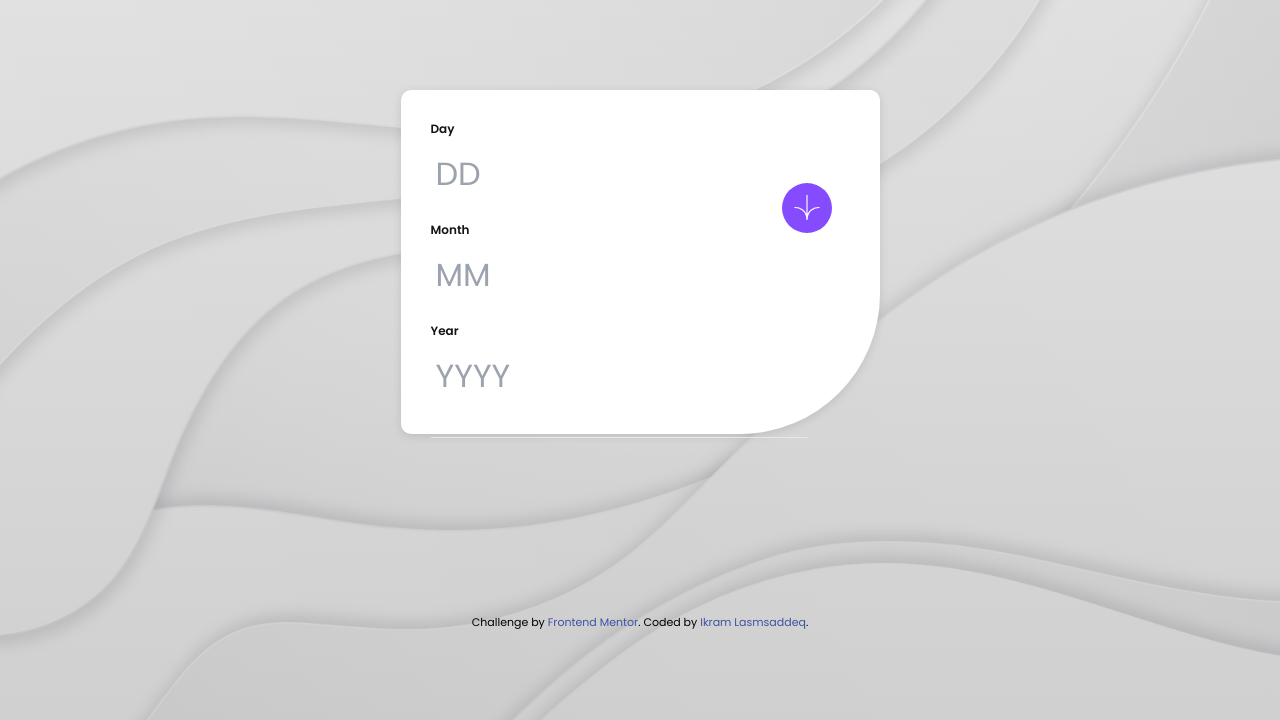
Repository: ikram-lisa/age-display
Page: /
The author's editor kept a copy of each file at every save. The page is drawn from the files as they stood at one save, then again after the next save.
The browser window is 1280 px wide. The pictures show the whole page.
Some web libraries are served in a nearby version. The project was rebuilt for these pictures with package versions that can differ from the ones it lists, and the page was loaded fresh each time.

Above is the page before, as saved 2024-05-01 00:35:39.

### index.html
<!DOCTYPE html>
<html lang="en">
  <head>
    <meta charset="UTF-8" />
    <meta name="viewport" content="width=device-width, initial-scale=1.0" />
    <!-- displays site properly based on user's device -->
    <link href="https://cdn.tailwindcss.com" rel="stylesheet" />
    <link rel="stylesheet" href="./css/style.scss" />
    <link
      rel="icon"
      type="image/png"
      sizes="32x32"
      href="./assets/images/favicon-32x32.png"
    />

    <title>Frontend Mentor | Age calculator app</title>
    <style>
      .attribution {
        font-size: 11px;
        text-align: center;
      }
      .attribution a {
        color: hsl(228, 45%, 44%);
      }
    </style>
  </head>
  <!-- <script type="module" src="js/script.js"></script> -->
  <body>
    <section class="calculator">
      <header>
        <form class="form" action="">
          <div class="formInput active error">
            <label for="day">Day</label>
            <input
              type="text"
              class="day"
              id="day"
              type="number"
              placeholder="DD"
              required
              minlength="4"
              maxlength="8"
              size="10"
            />
          </div>

          <div class="formInput active error">
            <label for="month">Month</label>
            <input
              type="text"
              class="month"
              id="month"
              type="number"
              placeholder="MM"
              required
              minlength="4"
              maxlength="8"
              size="10"
            />
          </div>

          <div class="formInput active error">
            <label for="year">Year</label>
            <input
              type="text"
              class="year"
              id="year"
              type="number"
              placeholder="YYYY"
              required
              minlength="4"
              maxlength="8"
              size="10"
            />
          </div>
        </form>
      </header>

      <button class="submit">
        <img src="./assets/images/icon-arrow.svg" alt="submit" />
      </button>

      <hr class="separator" />
      <div class="result">
        <p class="days"></p>
        <p class="month"></p>
        <p class="years"></p>
      </div>
    </section>
    <footer>
      <div class="attribution">
        Challenge by
        <a href="https://www.frontendmentor.io?ref=challenge" target="_blank"
          >Frontend Mentor</a
        >. Coded by <a href="#">Ikram Lasmsaddeq</a>.
      </div>
    </footer>
  </body>
</html>

### css/style.scss
@use "./base/variable" as *;
@use "./base/font.scss" as *;

@tailwind base;
@tailwind components;
@tailwind utilities;

* {
  margin: 0;
  padding: 0;
  box-sizing: border-box;
}
body {
  height: 100vh;
  background: linear-gradient(
      rgba(196, 196, 196, 0.5),
      rgba(161, 161, 161, 0.5)
    ),
    url("../images/background.jpg");
  background-size: cover;
  background-position: center;
  background-repeat: no-repeat;
  font-size: 32px;
  font-family: "Poppins", sans-serif;
  display: grid;
  place-items: center;
}
.calculator {
  width: 35%;
  min-width: 479px;
  height: 344px;
  background-color: white;
  border-radius: 10px 10px 140px 10px;
  box-shadow: rgba(99, 99, 99, 0.2) 0px 2px 8px 0px;
  position: relative;
  display: flex;
  flex-direction: column;
  padding: 30px;
  .form {
    display: flex;
    flex-wrap: wrap;
    margin-bottom: 30px;
    gap: 16px;
    .formInput {
      display: flex;
      flex-direction: column;

      label {
        font-size: 12px;
        font-weight: 600;
        margin-bottom: 5px;
        color: $offBlack;
      }
      input[type="text"] {
        border: 1 solid rgb(217, 217, 217);
        padding: 7px 5px;
        outline: none;
      }
    }
  }
  .submit {
    width: 50px;
    height: 50px;
    border-radius: 50%;
    display: flex;
    justify-content: center;
    align-items: center;
    background-color: $purple;
    color: white;
    border: none;
    padding: 10px;
    position: absolute;
    top: 27%;
    right: 10%;
    cursor: pointer;
    transition: all 0.3s;

    &:hover {
      background-color: darken($purple, 10%);
    }
    img {
      width: 25px;
      height: 25px;
      display: block;
      min-width: 30px;
    }
  }

  .separator {
    width: 90%;
    height: 1px;
    background-color: rgb(209, 209, 209);
  }
}

@media (max-width: 375px) {
}
@media (max-width: 768px) {
}
@media (max-width: 1440px) {
}

### css/base/_variable.scss
// Primary

$purple: hsl(259, 100%, 65%);
$lightRed: hsl(0, 100%, 67%);

// Neutral

$white: hsl(0, 0%, 100%);
$offWhite: hsl(0, 0%, 94%);
$lightGrey: hsl(0, 0%, 86%);
$smokeyGrey: hsl(0, 1%, 44%);
$offBlack: hsl(0, 0%, 8%);

### css/base/_font.scss
@import url("https://fonts.googleapis.com/css2?family=Montserrat:ital,wght@0,100..900;1,100..900&family=Open+Sans:ital,wght@0,400;0,600;0,700;0,800;1,400;1,700;1,800&family=Poppins:ital,wght@0,200;0,300;0,400;0,500;0,600;0,700;0,800;0,900;1,100;1,200;1,300;1,400;1,500;1,600;1,700;1,800;1,900&display=swap");

Loaded but not shown: tailwind.config.js (1075 lines, source omitted)

After the next save:
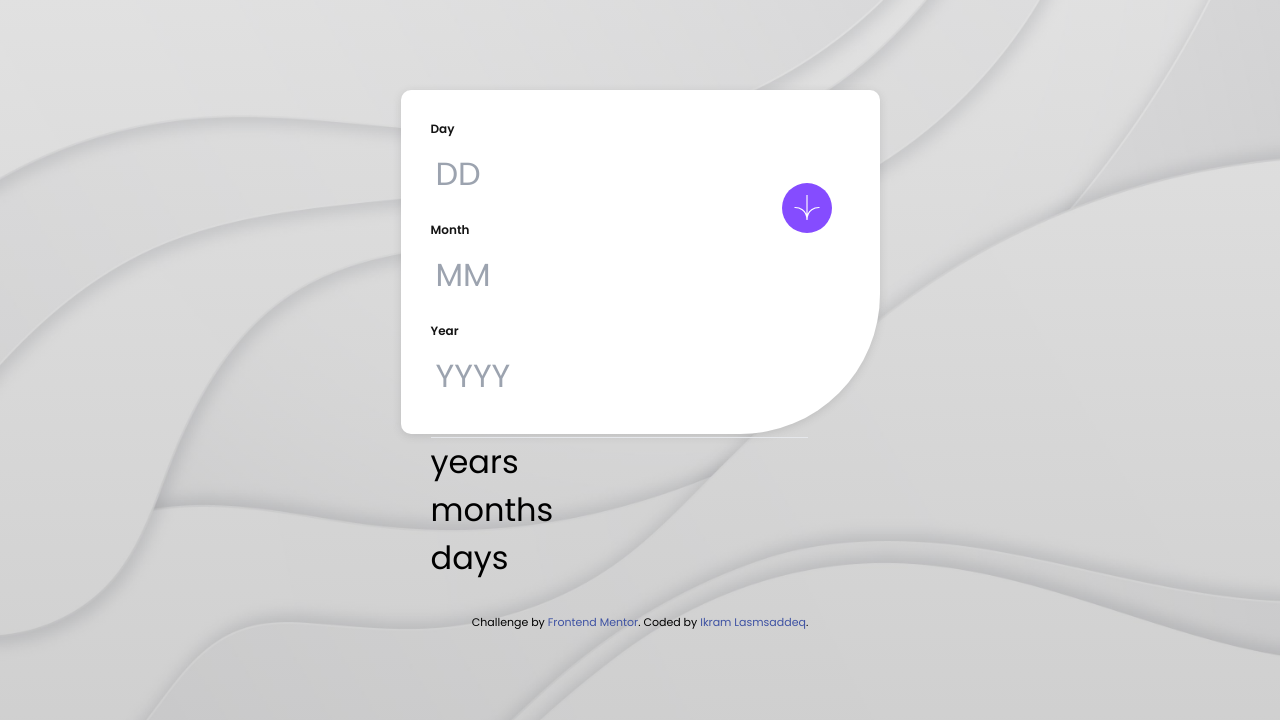
Saved 61 s later.
--- a/index.html
+++ b/index.html
@@ -82,9 +82,9 @@
 
       <hr class="separator" />
       <div class="result">
-        <p class="days"></p>
-        <p class="month"></p>
-        <p class="years"></p>
+        <p class="years">years</p>
+        <p class="month">months</p>
+        <p class="days">days</p>
       </div>
     </section>
     <footer>
